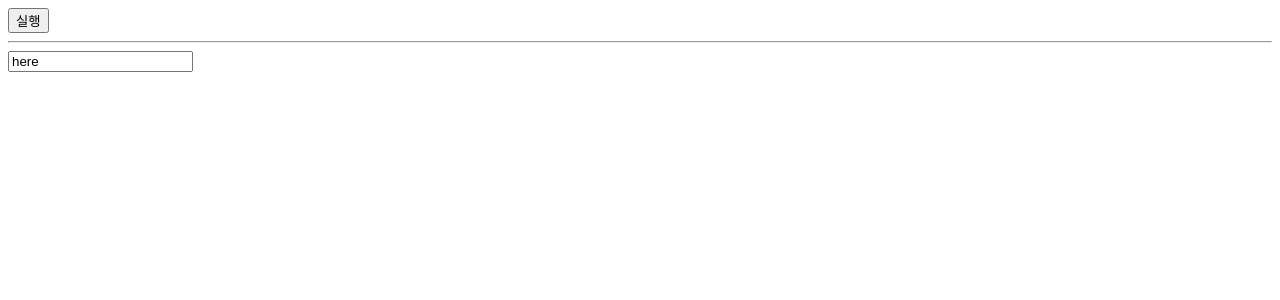
Repository: jinseon5462/Study_Jsp2
Page: http://localhost/ajax_crud/listView.jsp
These files come from the project's save history. The page is drawn as it stood at one moment and after the next save; the edit follows.
The browser window is 1280 px wide. The pictures show the whole page.
The page is served by Tomcat 9. Other server files are loaded and not shown.

Above is the page before, as saved 2023-01-03 12:34:59.

### jsp_ws/ajax_crud/src/main/webapp/listView.jsp
<%@ page language="java" contentType="text/html; charset=UTF-8"
    pageEncoding="UTF-8"%>
<!DOCTYPE html>
<html>
<head>
<meta charset="UTF-8">
<title></title>
</head>
<body>
<button id="btn">실행</button>
<hr>

<input type="text" id="id" value="here">
<script>
	const btn = document.querySelector("#btn");
	btn.addEventListener('click', loadDoc);

	function loadDoc() {
		const xhttp = new XMLHttpRequest();
		xhttp.onload = function() {
			let jsonStr = this.responseText;
			alert(jsonStr);
			let obj = JSON.parse(jsonStr);
			const tbody = document.querySelector("#tbody");

			/* for(var i = 0; i < obj.length; i++){
				tbody.innerHTML += "<tr><td>" + obj[i].id + "</td><td>" + obj.pw + "</td><td>" + obj.name + "</td><td>" + obj.tel + "</td></tr>";
			} */


			/* document.getElementById("id").value = obj.id;
			document.getElementById("pw").value = obj.pw;
			document.getElementById("name").value = obj.name;
			document.getElementById("tel").value = obj.tel; */
		}
		xhttp.open("GET", "text.txt");
		xhttp.send();
	}
</script>
</body>
</html>

After the next save:
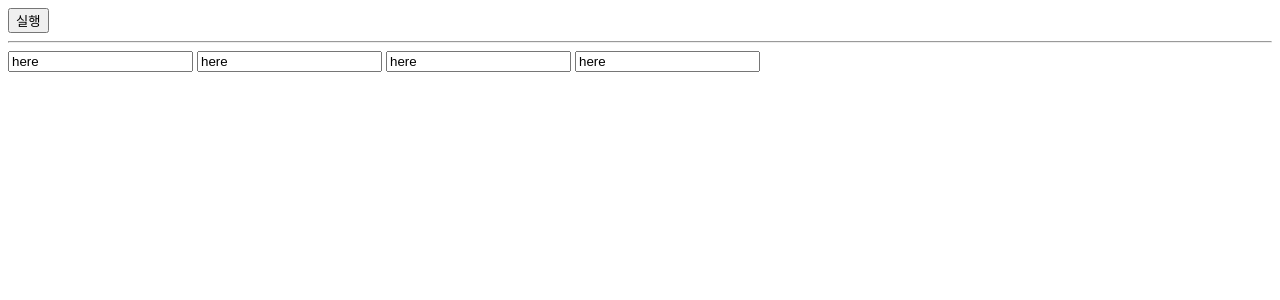
Saved 11 s later.
--- a/jsp_ws/ajax_crud/src/main/webapp/listView.jsp
+++ b/jsp_ws/ajax_crud/src/main/webapp/listView.jsp
@@ -11,6 +11,9 @@
 <hr>
 
 <input type="text" id="id" value="here">
+<input type="text" id="pw" value="here">
+<input type="text" id="name" value="here">
+<input type="text" id="tel" value="here">
 <script>
 	const btn = document.querySelector("#btn");
 	btn.addEventListener('click', loadDoc);
